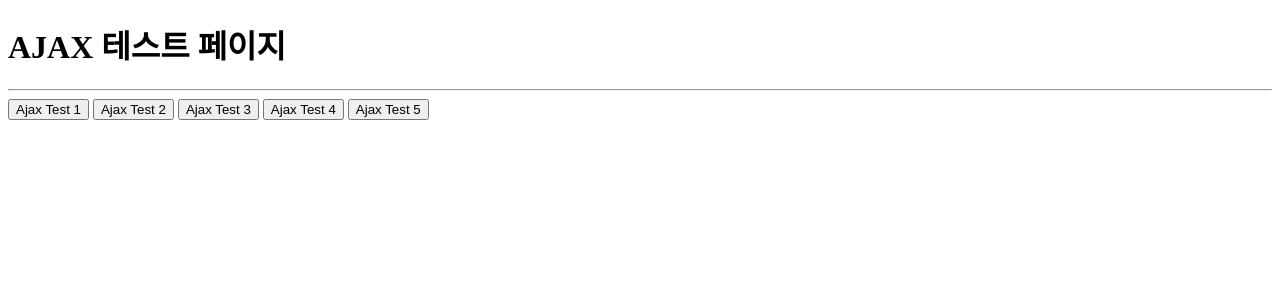
Repository: wona-owo/Spring
Page: http://localhost/00_spring/ajax/movePage.kh
An editor plug-in stored every save of this project. The page is shown before and after the next save, followed by the edit.
The browser window is 1280 px wide. The pictures show the whole page.
The page is served by Tomcat 9.

Above is the page before, as saved 2024-12-03 08:14:39.

After the next save:
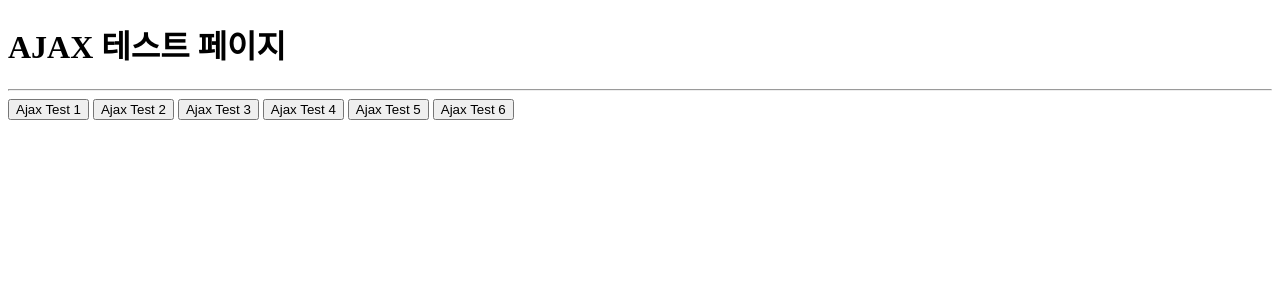
Saved 117 s later.
--- a/00_spring/src/main/webapp/WEB-INF/views/ajax/ajaxTest.jsp
+++ b/00_spring/src/main/webapp/WEB-INF/views/ajax/ajaxTest.jsp
@@ -18,6 +18,7 @@
 	<button id="ajaxTest3">Ajax Test 3</button>
 	<button id="ajaxTest4">Ajax Test 4</button>
 	<button id="ajaxTest5">Ajax Test 5</button>
+	<button id="ajaxTest6">Ajax Test 6</button>
 
 	<script>
 	$("#ajaxTest1").on('click', function(){
